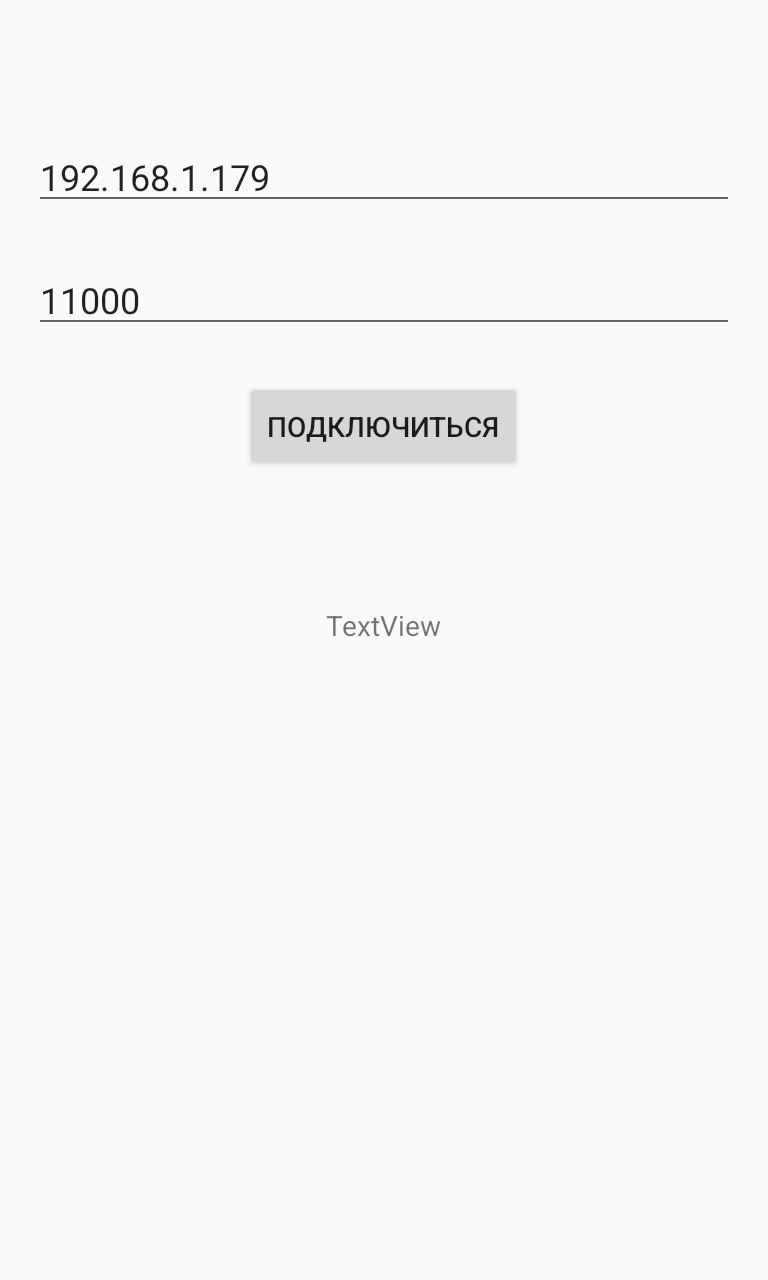
Repository: Laboratory711/Nightjar
Layout: android/Nightjar/workspace/Nightjar/res/layout/fragment_lab1.xml
An editor plug-in stored every save of this project. The layout is shown before and after the next save, followed by the edit.
It is drawn on a 768 x 1280 px phone screen (xhdpi) without system bars, with theme AppTheme; the app's code is not run.

Above is the layout before, as saved 2014-03-26 17:57:48.

After the next save:
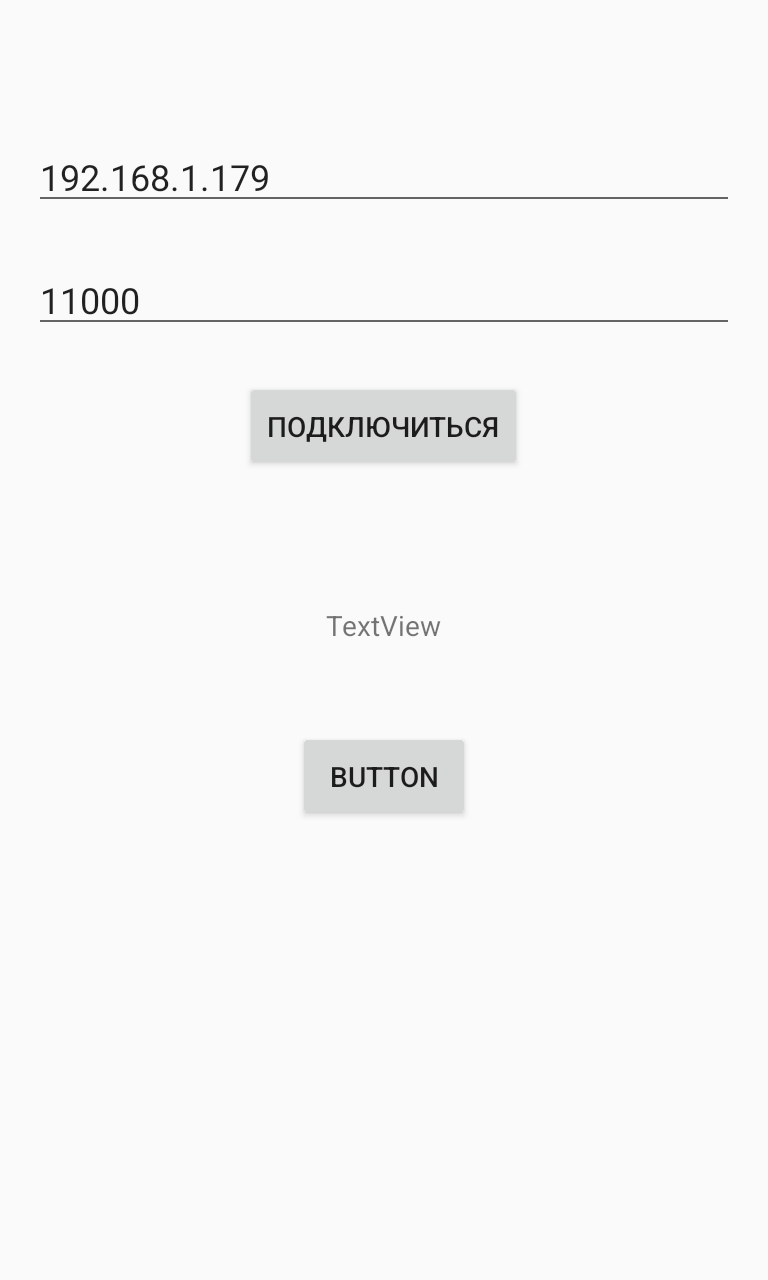
Saved 4 min 55 s later.
--- a/android/Nightjar/workspace/Nightjar/res/layout/fragment_lab1.xml
+++ b/android/Nightjar/workspace/Nightjar/res/layout/fragment_lab1.xml
@@ -67,4 +67,14 @@
         android:layout_centerHorizontal="true"
         android:text="@string/TV_text" />
 
+    <Button
+        android:id="@+id/button2"
+        android:layout_width="wrap_content"
+        android:layout_height="wrap_content"
+        android:layout_below="@+id/textView2"
+        android:layout_centerHorizontal="true"
+        android:layout_marginTop="42dp"
+        android:onClick="showSettings"
+        android:text="Button" />
+
 </RelativeLayout>
